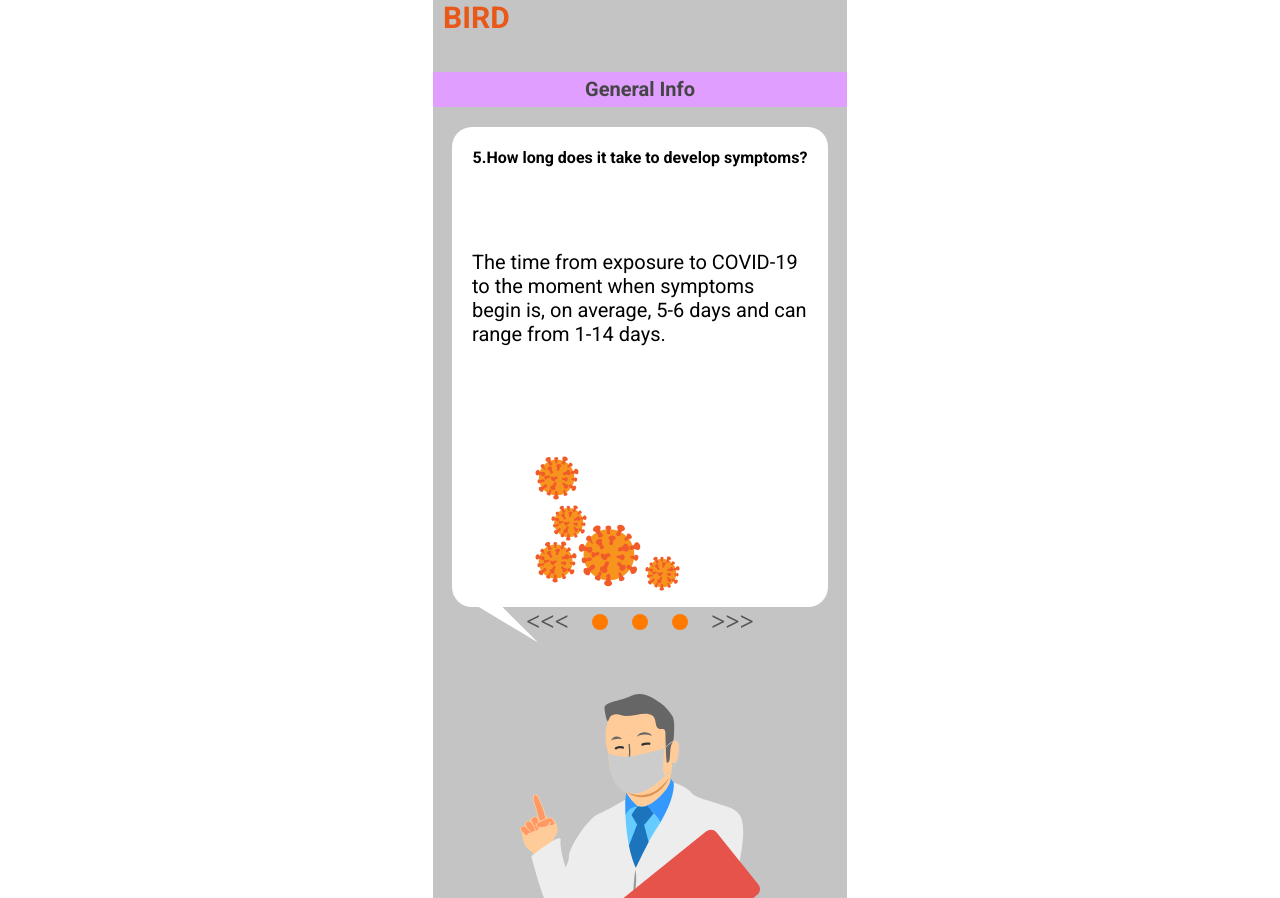
Repository: Levic559/BIRD
Page: General_info-5/1.html
The author's editor kept a copy of each file at every save. The page is drawn from the files as they stood at one save, then again after the next save.
The browser window is 1280 px wide. The pictures show the whole page.

Above is the page before, as saved 2021-03-10 21:45:35.

After the next save:
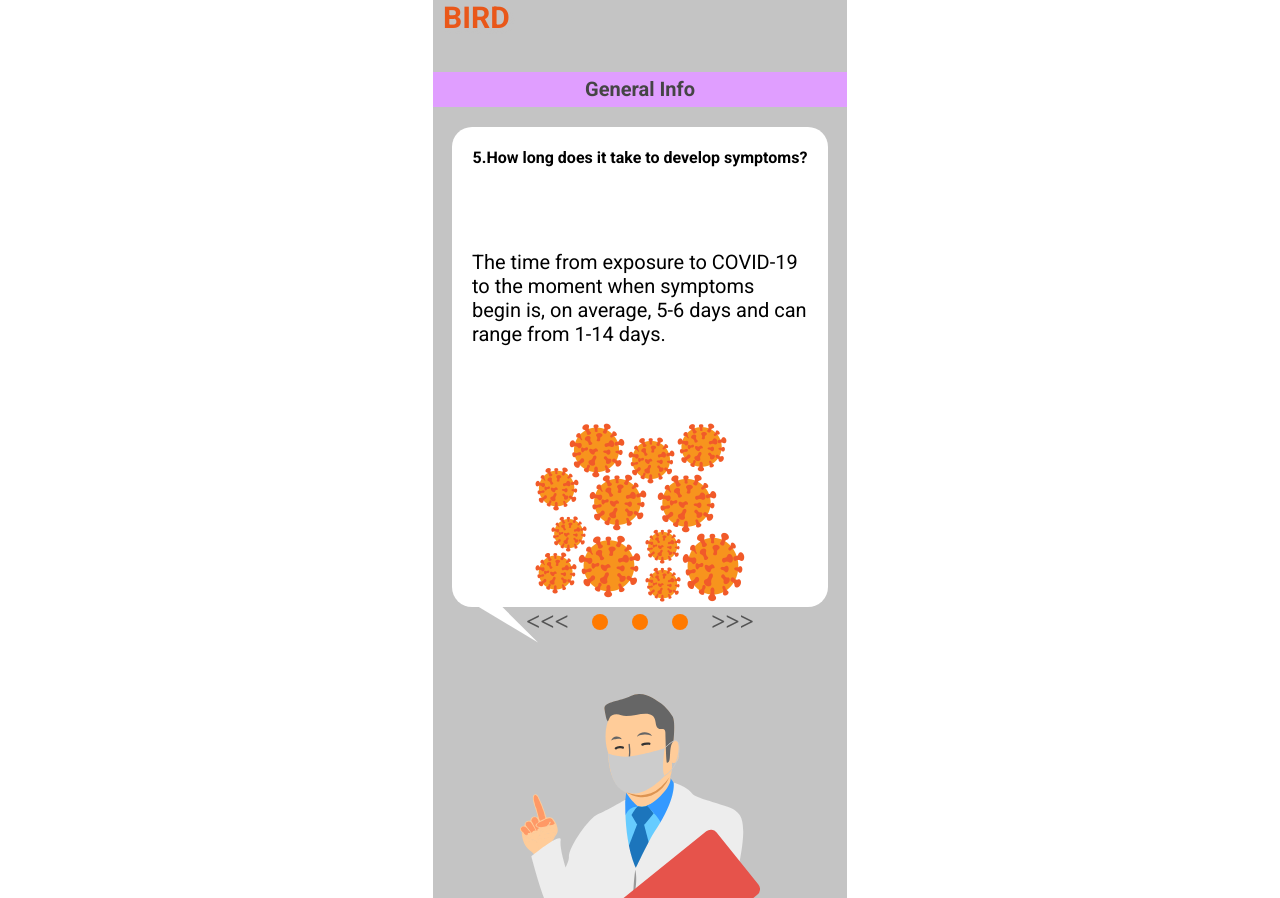
Saved 1 s later.
--- a/General_info-5/1_animations.js
+++ b/General_info-5/1_animations.js
@@ -1,10 +1,12 @@
 function virusTwo () {
     var first = document.getElementById("vTwo")
     first.style.WebkitAnimation = "virus 0.5s linear"
+    first.style.opacity = 1;
 }
 function virusThree () {
-    var first = document.getElementById("vThree")
-    first.style.WebkitAnimation = "virus 0.5s linear"
+    var second = document.getElementById("vThree")
+    second.style.WebkitAnimation = "virus 0.5s linear"
+    second.style.opacity = 1;
 }
 
 setTimeout(virusTwo, 2000)
